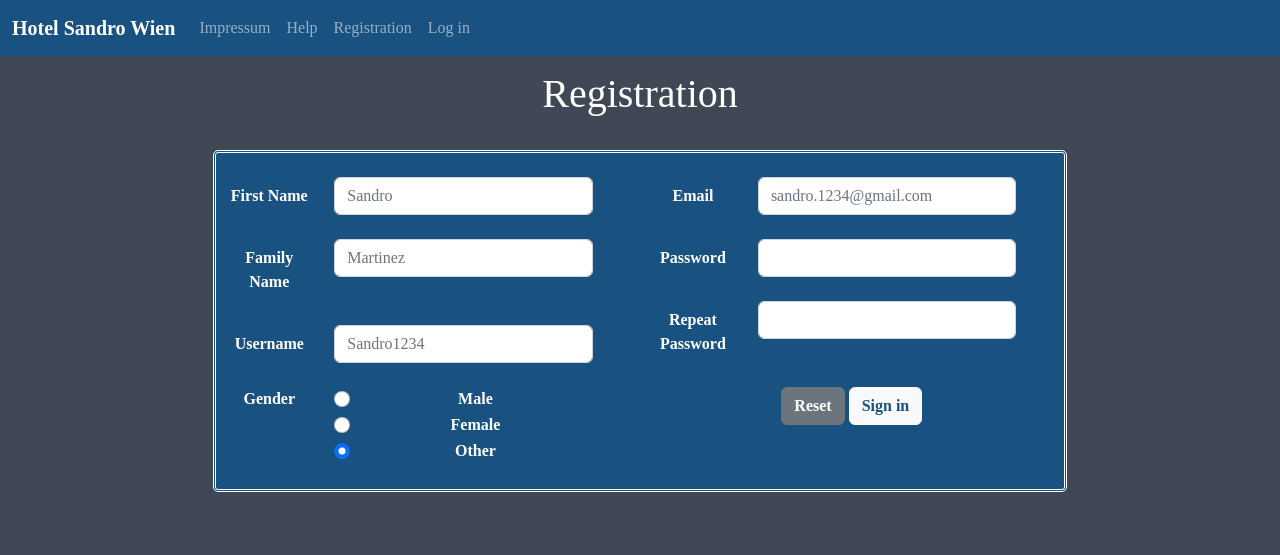
Repository: TIS0N/Hotel_Sandro
Page: http://localhost/pages/registration.php
An editor plug-in stored every save of this project. The page is shown before and after the next save, followed by the edit.
The browser window is 1280 px wide. The pictures show the whole page.
The page is run by PHP 8.4 with error messages shown; the project is at /var/www/html/.

Above is the page before, as saved 2022-10-10 22:53:25.

After the next save:
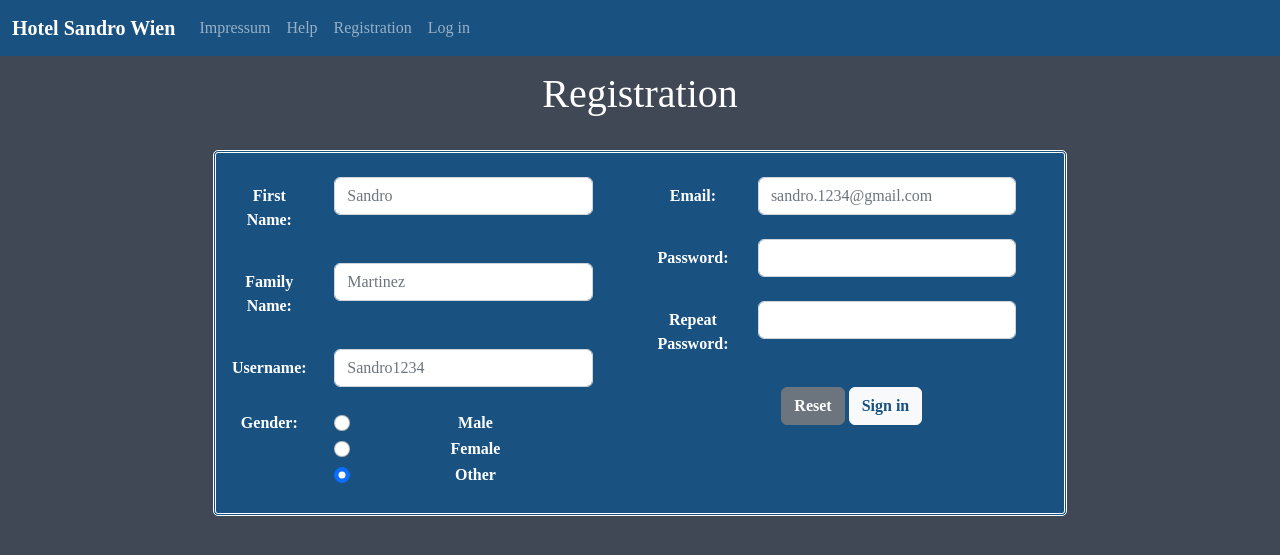
Saved 2 min 21 s later.
--- a/pages/registration.php
+++ b/pages/registration.php
@@ -21,26 +21,26 @@
             <div class="col-6">
                 <form action="">
                 <br><div class="row mb-4">
-                        <label for="fname" class="col-sm-3 col-form-label"><strong>First Name</strong></label>
+                        <label for="fname" class="col-sm-3 col-form-label"><strong>First Name:</strong></label>
                         <div class="col-sm-8">
                             <input type="text" class="form-control" id="fname" placeholder="Sandro">
                         </div>
                     </div>
                     <div class="row mb-4">
-                        <label for="lname" class="col-sm-3 col-form-label"><strong>Family Name</strong></label>
+                        <label for="lname" class="col-sm-3 col-form-label"><strong>Family Name:</strong></label>
                         <div class="col-sm-8">
                             <input type="text" class="form-control" id="lname" placeholder="Martinez">
                         </div>
                     </div>
                     <div class="row mb-4">
-                        <label for="username" class="col-sm-3 col-form-label"><strong>Username</strong></label>
+                        <label for="username" class="col-sm-3 col-form-label"><strong>Username:</strong></label>
                         <div class="col-sm-8">
                             <input type="text" class="form-control" id="username" placeholder="Sandro1234">
                         </div>
                     </div>
 
                     <fieldset class="row mb-4">
-                        <legend class="col-form-label col-sm-3 pt-0"><strong>Gender</strong></legend>
+                        <legend class="col-form-label col-sm-3 pt-0"><strong>Gender:</strong></legend>
                         <div class="col-sm-8">
                         <div class="form-check">
                             <input class="form-check-input" type="radio" name="gridRadios" id="male" value="option1" checked>
@@ -61,19 +61,19 @@
             </div>
             <div class="col-6">
                 <br><div class="row mb-4">
-                    <label for="email" class="col-sm-3 col-form-label"><strong>Email</strong></label>
+                    <label for="email" class="col-sm-3 col-form-label"><strong>Email:</strong></label>
                         <div class="col-sm-8">
                             <input type="email" class="form-control" id="email" placeholder="sandro.1234@gmail.com">
                         </div>
                 </div>
                 <div class="row mb-4">
-                    <label for="password" class="col-sm-3 col-form-label"><strong>Password</strong></label>
+                    <label for="password" class="col-sm-3 col-form-label"><strong>Password:</strong></label>
                         <div class="col-sm-8">
                             <input type="email" class="form-control" id="password">
                         </div>
                 </div>
                 <div class="row mb-4">
-                    <label for="password2" class="col-sm-3 col-form-label"><strong>Repeat Password</strong></label>
+                    <label for="password2" class="col-sm-3 col-form-label"><strong>Repeat Password:</strong></label>
                     <div class="col-sm-8">
                         <input type="password" class="form-control" id="password2">
                     </div>

After the save that followed:
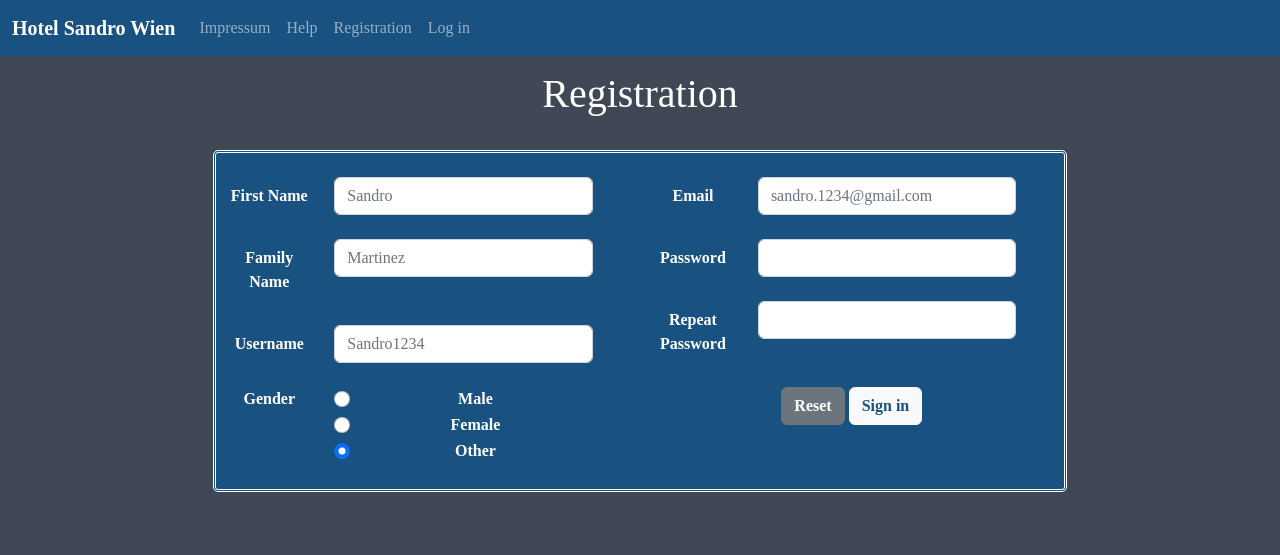
Saved 16 s later.
--- a/pages/registration.php
+++ b/pages/registration.php
@@ -21,26 +21,26 @@
             <div class="col-6">
                 <form action="">
                 <br><div class="row mb-4">
-                        <label for="fname" class="col-sm-3 col-form-label"><strong>First Name:</strong></label>
+                        <label for="fname" class="col-sm-3 col-form-label"><strong>First Name</strong></label>
                         <div class="col-sm-8">
                             <input type="text" class="form-control" id="fname" placeholder="Sandro">
                         </div>
                     </div>
                     <div class="row mb-4">
-                        <label for="lname" class="col-sm-3 col-form-label"><strong>Family Name:</strong></label>
+                        <label for="lname" class="col-sm-3 col-form-label"><strong>Family Name</strong></label>
                         <div class="col-sm-8">
                             <input type="text" class="form-control" id="lname" placeholder="Martinez">
                         </div>
                     </div>
                     <div class="row mb-4">
-                        <label for="username" class="col-sm-3 col-form-label"><strong>Username:</strong></label>
+                        <label for="username" class="col-sm-3 col-form-label"><strong>Username</strong></label>
                         <div class="col-sm-8">
                             <input type="text" class="form-control" id="username" placeholder="Sandro1234">
                         </div>
                     </div>
 
                     <fieldset class="row mb-4">
-                        <legend class="col-form-label col-sm-3 pt-0"><strong>Gender:</strong></legend>
+                        <legend class="col-form-label col-sm-3 pt-0"><strong>Gender</strong></legend>
                         <div class="col-sm-8">
                         <div class="form-check">
                             <input class="form-check-input" type="radio" name="gridRadios" id="male" value="option1" checked>
@@ -61,19 +61,19 @@
             </div>
             <div class="col-6">
                 <br><div class="row mb-4">
-                    <label for="email" class="col-sm-3 col-form-label"><strong>Email:</strong></label>
+                    <label for="email" class="col-sm-3 col-form-label"><strong>Email</strong></label>
                         <div class="col-sm-8">
                             <input type="email" class="form-control" id="email" placeholder="sandro.1234@gmail.com">
                         </div>
                 </div>
                 <div class="row mb-4">
-                    <label for="password" class="col-sm-3 col-form-label"><strong>Password:</strong></label>
+                    <label for="password" class="col-sm-3 col-form-label"><strong>Password</strong></label>
                         <div class="col-sm-8">
                             <input type="email" class="form-control" id="password">
                         </div>
                 </div>
                 <div class="row mb-4">
-                    <label for="password2" class="col-sm-3 col-form-label"><strong>Repeat Password:</strong></label>
+                    <label for="password2" class="col-sm-3 col-form-label"><strong>Repeat Password</strong></label>
                     <div class="col-sm-8">
                         <input type="password" class="form-control" id="password2">
                     </div>
